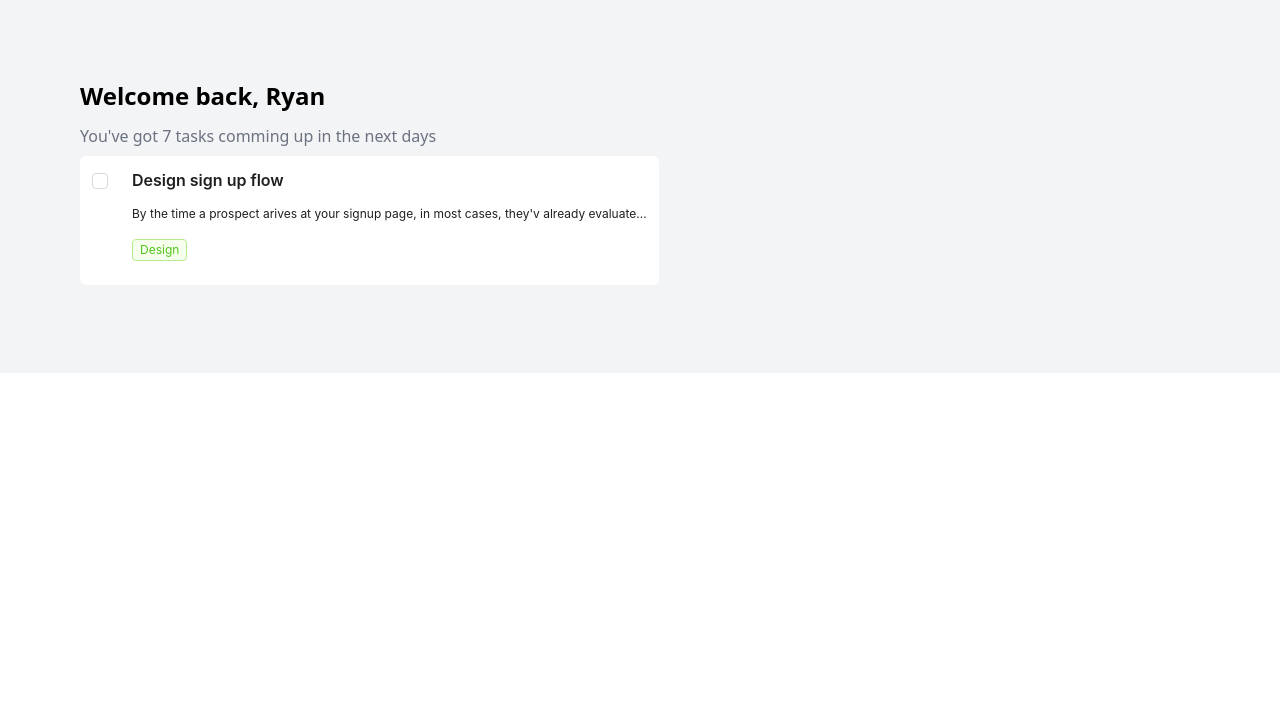
Repository: daohuyhoang9119/TodoApp
Page: /
The author's editor kept a copy of each file at every save. The page is drawn from the files as they stood at one save, then again after the next save.
The browser window is 1280 px wide. The pictures show the whole page.
The project was rebuilt for these pictures with package versions that can differ from the ones it lists, and the page was loaded fresh each time. Also part of the build but not shown: vite.config.ts, src/App.css.

Above is the page before, as saved 2023-02-22 10:55:26.

After the next save:
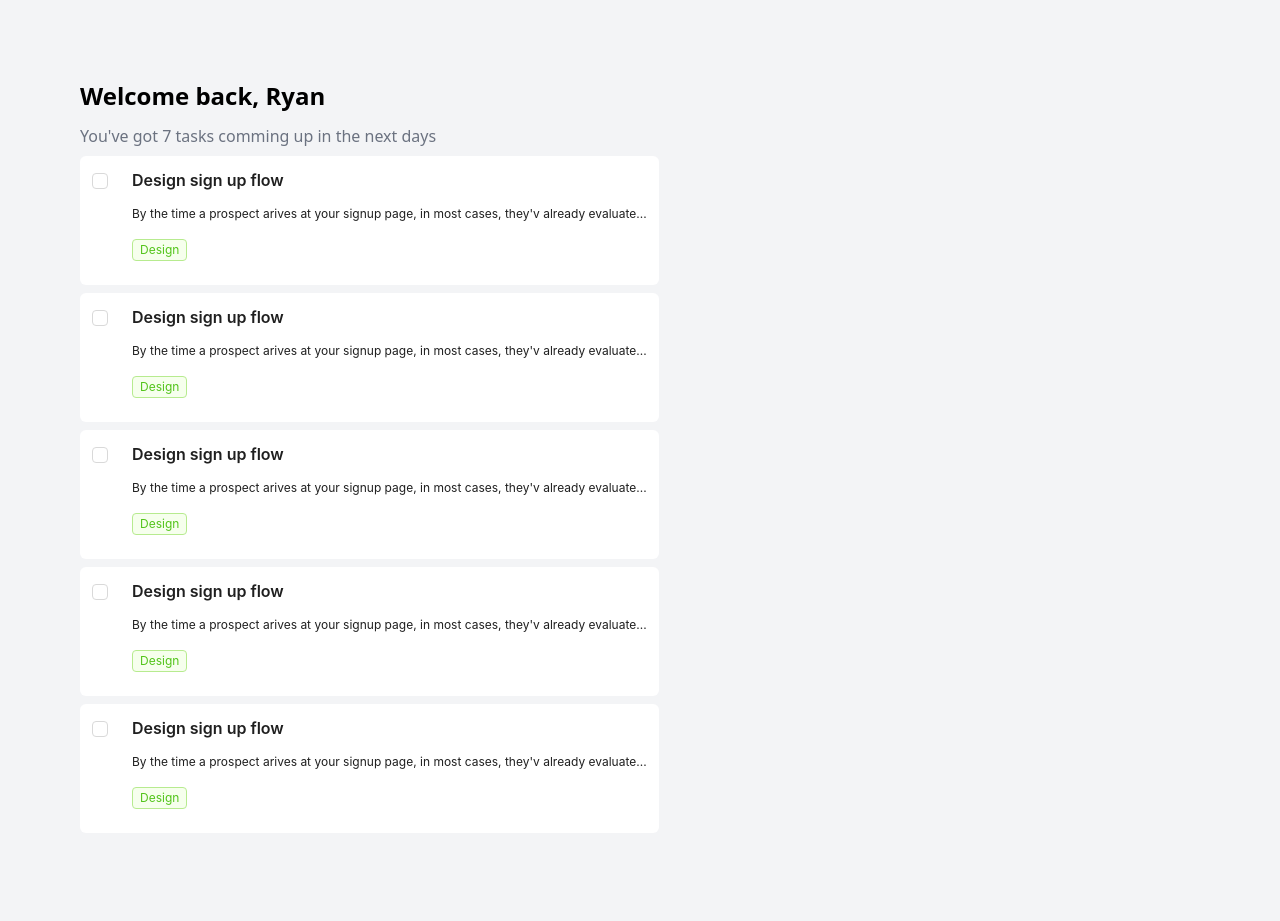
Saved 28 s later.
--- a/src/App.tsx
+++ b/src/App.tsx
@@ -7,6 +7,10 @@ function App() {
     <div className="w-full h-full p-20 bg-gray-100">
       <Header />
       <TaskItem />
+      <TaskItem />
+      <TaskItem />
+      <TaskItem />
+      <TaskItem />
     </div>
   );
 }
